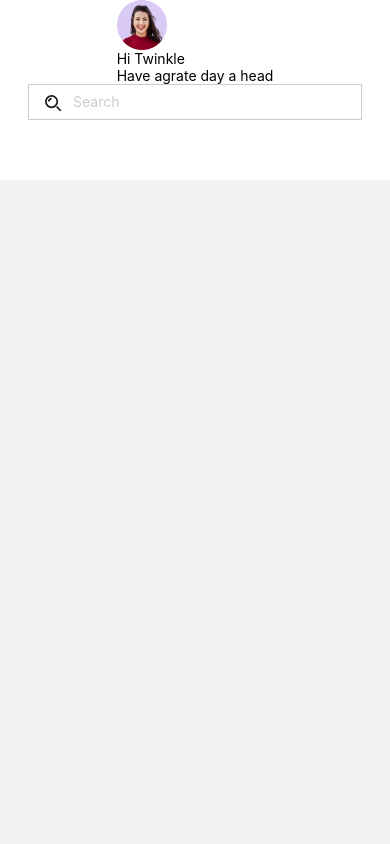
Repository: tungcutte35/TH_ReactNative_Tuan7
Screen: /Todos
These files come from the project's save history. The screen is drawn as it stood at one moment and after a run of saves; the edit follows.
The app was drawn by React Native's web renderer in a window 390 px wide. The project was rebuilt for these pictures with package versions that can differ from the ones it lists, and the page was loaded fresh each time.

Above is the screen before, as saved 2023-10-30 16:53:05.

### App.js
import { NavigationContainer } from "@react-navigation/native";
import { createNativeStackNavigator } from "@react-navigation/native-stack";

import { StatusBar } from "expo-status-bar";
import { StyleSheet, Text, View } from "react-native";
import Home from "./components/Home";
import Todos from "./components/Todos";

export default function App() {
  const Stack = createNativeStackNavigator();
  return (
    <NavigationContainer>
      <Stack.Navigator>
        <Stack.Screen
          name="Home"
          component={Home}
          options={{
            headerShown: false,
          }}
        />
        <Stack.Screen
          name="Todos"
          component={Todos}
          options={{
            headerShown: false,
          }}
        />
      </Stack.Navigator>
    </NavigationContainer>
  );
}

const styles = StyleSheet.create({
  container: {
    flex: 1,
    backgroundColor: "#fff",
    alignItems: "center",
    justifyContent: "center",
  },
});

### components/Home.js
import React from "react";
import {
  Image,
  Pressable,
  StyleSheet,
  Text,
  TextInput,
  View,
} from "react-native";
import { Img } from "../assets/img.png";
const Home = ({ navigation }) => {
  return (
    <View style={styles.container}>
      <View style={styles.img}>
        <Image style={styles.img} source={require("../assets/img.png")} />
      </View>
      <Text style={styles.text}> MANAGE YOUR TASK</Text>
      <View style={styles.viewInput}>
        <TextInput placeholder="Enter your name" style={styles.input} />
        <Image style={styles.img1} source={require("../assets/Frame.svg")} />
      </View>
      <Pressable
        style={styles.btn}
        onPress={() => navigation.navigate("Todos")}
      >
        <Text style={styles.text1}>GET STARTED</Text>
      </Pressable>
    </View>
  );
};

const styles = StyleSheet.create({
  container: {
    flex: 1,
    justifyContent: "center",
    alignItems: "center",
    backgroundColor: "#fff",
  },
  img: {
    marginBottom: 42,
    width: 271,
    height: 271,
  },
  img1: {
    width: 20,
    height: 20,
    position: "absolute",
    top: 9,
    left: 15,
  },
  text: {
    fontSize: 24,
    color: "rgba(131, 83, 226, 1)",
    fontWeight: 700,
    maxWidth: 200,
    textAlign: "center",
    marginBottom: 60,
  },
  viewInput: {
    marginHorizontal: 27,
    marginBottom: 60,
  },
  input: {
    paddingLeft: 44,
    paddingRight: 166,
    paddingTop: 8,
    paddingBottom: 9,
    border: "1px solid #ccc",
    color: "#ccc",
    width: 334,
  },
  btn: {
    backgroundColor: "rgba(0, 189, 214, 1)",
    paddingHorizontal: 30,
    paddingVertical: 9,
    borderRadius: 10,
  },
  text1: {
    color: "#fff",
    fontSize: 18,
  },
});
export default Home;

### components/Todos.js
import React from "react";
import { TextInput } from "react-native";
import { Image, StyleSheet, Text, View } from "react-native";

const Todos = () => {
  return (
    <View style={styles.container}>
      <Image style={styles.img1} source={require("../assets/btnBack.svg")} />
      <View style={styles.view1}>
        <Image style={styles.img2} source={require("../assets/avt.png")} />
        <View style={styles.vText}>
          <Text style={styles.text1}>Hi Twinkle</Text>
          <Text style={styles.text2}>Have agrate day a head</Text>
        </View>
      </View>
      <View style={styles.viewInput}>
        <TextInput placeholder="Search" style={styles.input} />
        <Image style={styles.img3} source={require("../assets/search.svg")} />
      </View>
    </View>
  );
};
const styles = StyleSheet.create({
  container: {
    // flex: 1,
    backgroundColor: "#fff",
    alignItems: "center",
    justifyContent: "center",
  },
  img3: {
    width: 20,
    height: 20,
    position: "absolute",
    top: 9,
    left: 15,
  },

  viewInput: {
    marginHorizontal: 27,
    marginBottom: 60,
  },
  input: {
    paddingLeft: 44,
    paddingRight: 166,
    paddingTop: 8,
    paddingBottom: 9,
    border: "1px solid #ccc",
    color: "#ccc",
    width: 334,
  },
});
export default Todos;

After the next 2 saves:
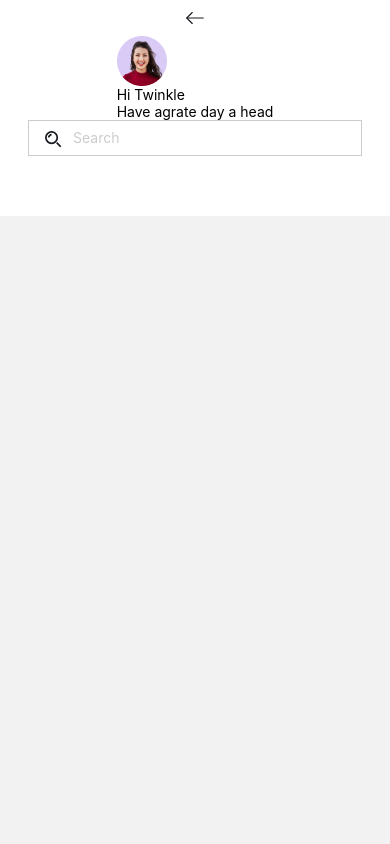
The 2 saves are shown as one change because 1 did not build or start.
The last was saved 38 s later.
--- a/components/Todos.js
+++ b/components/Todos.js
@@ -27,6 +27,10 @@ const styles = StyleSheet.create({
     alignItems: "center",
     justifyContent: "center",
   },
+  img1: {
+    width: 36,
+    height: 36,
+  },
   img3: {
     width: 20,
     height: 20,
